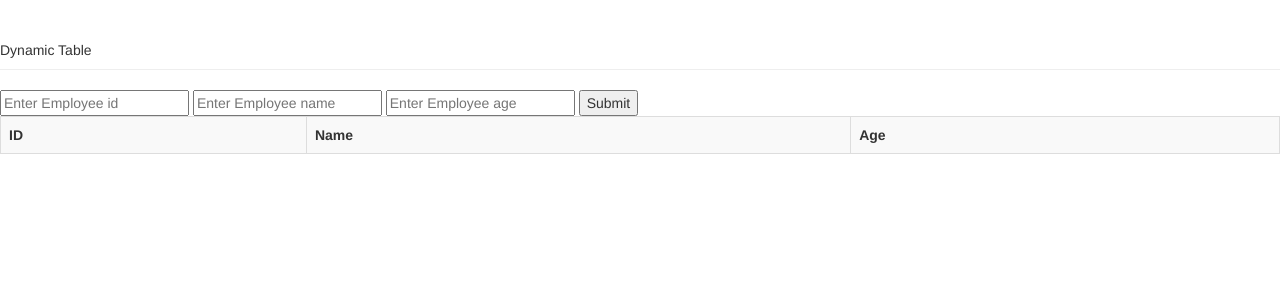
Repository: NathanDPoole/Personal
Page: Training/JavaScriptEx/src/main/webapp/html/dynamicTable.html
The author's editor kept a copy of each file at every save. The page is drawn from the files as they stood at one save, then again after the next save.
The browser window is 1280 px wide. The pictures show the whole page.

Above is the page before, as saved 2017-12-29 16:22:02.
Console error: TypeError: Cannot read properties of null (reading 'appendChild')

### Training/JavaScriptEx/src/main/webapp/html/dynamicTable.html
<!DOCTYPE html>
<html>
<head>
<meta charset="ISO-8859-1">
<link rel="stylesheet"
        href="https://maxcdn.bootstrapcdn.com/bootstrap/3.3.7/css/bootstrap.min.css"
        integrity="sha384-BVYiiSIFeK1dGmJRAkycuHAHRg32OmUcww7on3RYdg4Va+PmSTsz/K68vbdEjh4u"
        crossorigin="anonymous">
<title>Dynamic Table</title>
</head>
<body>

	<header>
		<div>
			<p class="page-header">Dynamic Table</p>
			<div id="formDiv">
				<form>
					<input id="eid" type="text" placeholder="Enter Employee id" />
					<input id="name" type="text" placeholder="Enter Employee name" />
					<input id="age" type="text" placeholder="Enter Employee age" />
					<input id="submitBtn" type="button" value="Submit" />
				</form>
			</div>
		</div>
	</header>

	<section>
		<div>
			<table class="table table-bordered table-hover table-striped">
				<tbody>
					<th>ID</th>
					<th>Name</th>
					<th>Age</th>
				</tbody>
			</table>
		</div>
	</section>

	<script type="text/javascript" src="../js/dynamicTable.js"></script>
</body>
</html>

### Training/JavaScriptEx/src/main/webapp/js/dynamicTable.js
/**
 *
 */

//print all properties and methods of an object
/*
window.onload = function (){
	var ele = document.getElementById("formDiv");
	for (e in ele){
		console.log(e);
	}

}
*/

window.onload = function () {
	document.getElementById("submitBtn").addEventListener("click", addRows());
	document.getElementById("submitBtn").addEventListener("click", clearValues());
}

function addRows(){
	var id = document.getElementById("eid").value;
	var name = document.getElementById("name");
	var age = document.getElementById("age");



	var row = document.createElement("tr");
	var idcol = document.createElement("td");
	var namecol = document.createElement("td");
	var agecol = document.createElement("td");

	idcol.textContent = id;
	namecol.textContent = name;
	agecol.textContent = age;

	row.appendChild(idcol);
	row.appendChild(namecol);
	row.appendChild(agecol);

	document.getElementById("mytable").appendChild(row);
}

function clearValues(){
	document.getElementById("eid").value = "";
	document.getElementById("name").value = "";
	document.getElementById("age").value = "";


}

After the next save:
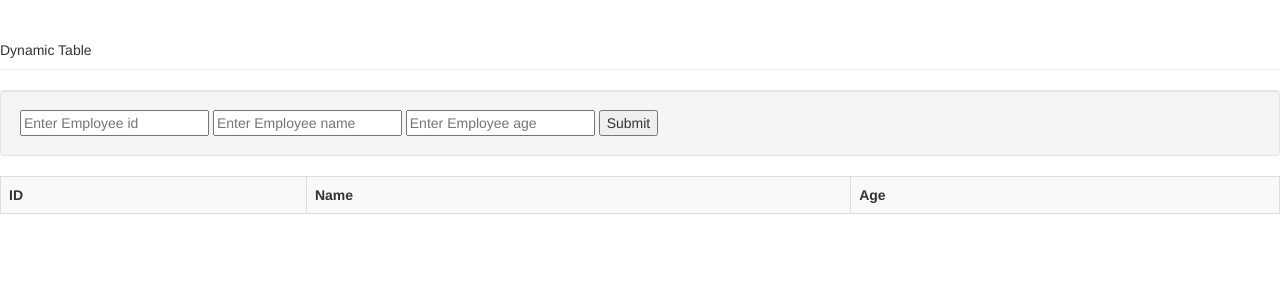
Saved 9 s later.
--- a/Training/JavaScriptEx/src/main/webapp/html/dynamicTable.html
+++ b/Training/JavaScriptEx/src/main/webapp/html/dynamicTable.html
@@ -13,7 +13,7 @@
 	<header>
 		<div>
 			<p class="page-header">Dynamic Table</p>
-			<div id="formDiv">
+			<div id="formDiv" class="well">
 				<form>
 					<input id="eid" type="text" placeholder="Enter Employee id" />
 					<input id="name" type="text" placeholder="Enter Employee name" />
